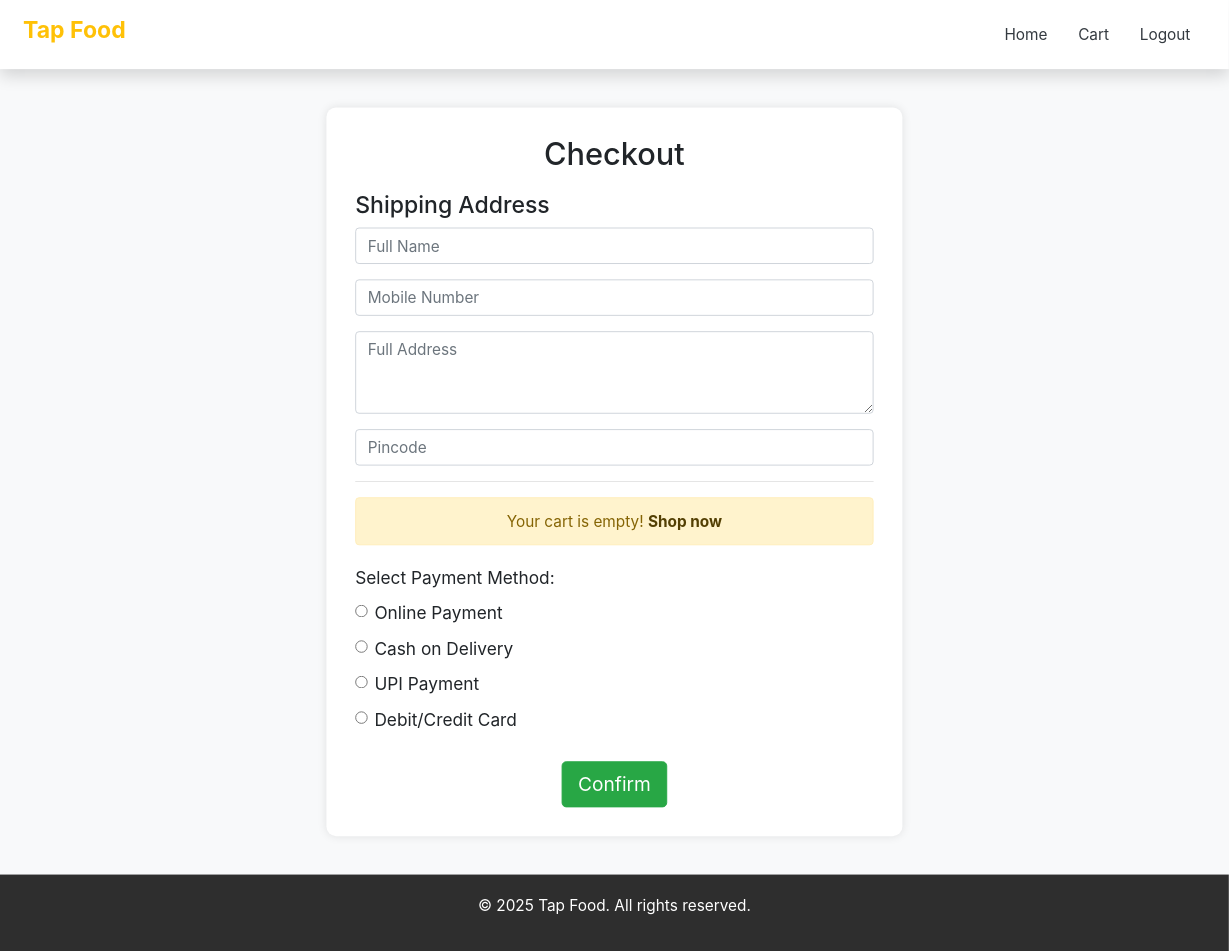
Repository: Rupeswarbhainsa777/Food-Web-App
Page: http://localhost/TapFoodApp/CheckOut.jsp
An editor plug-in stored every save of this project. The page is shown before and after the next save, followed by the edit.
The browser window is 1280 px wide. The pictures show the whole page, at 96% of full size.
The page is served by Tomcat 10.

Above is the page before, as saved 2025-04-28 12:19:42.

After the next save:
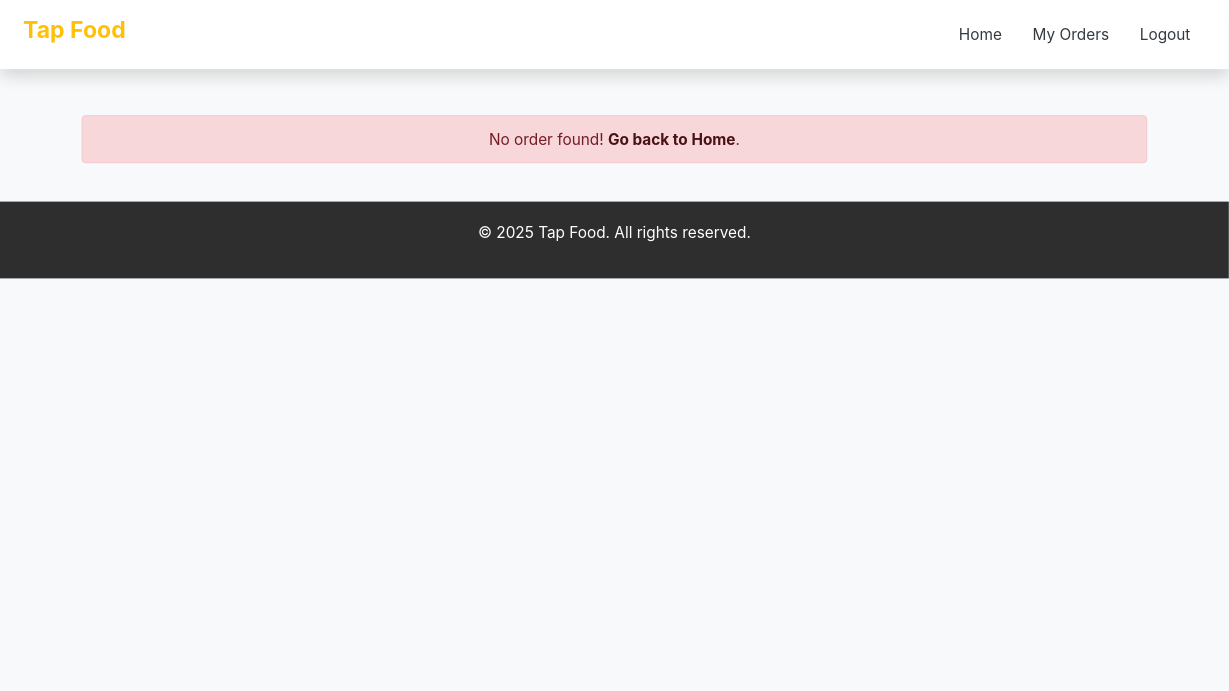
Saved 5 min 49 s later.
--- a/TapFoodApp/src/main/webapp/CheckOut.jsp
+++ b/TapFoodApp/src/main/webapp/CheckOut.jsp
@@ -1,22 +1,20 @@
 <%@ page language="java" contentType="text/html; charset=UTF-8" pageEncoding="UTF-8"%>
-<%@ page import="com.tap.modeal.Cart" %>
-<%@ page import="com.tap.modeal.CartItem" %>
-<%@ page import="java.util.*" %>
+<%@ page import="com.tap.modeal.Orders" %>
 
 <!DOCTYPE html>
 <html lang="en">
 <head>
 <meta charset="UTF-8">
-<title>Checkout - Tap Food</title>
+<title>Order Confirmation - Tap Food</title>
 <link rel="stylesheet" href="https://stackpath.bootstrapcdn.com/bootstrap/4.5.2/css/bootstrap.min.css">
 
 <style>
 body { background-color: #f8f9fa; }
-.checkout-container { max-width: 600px; margin: 40px auto; background: white; padding: 30px; border-radius: 10px; box-shadow: 0px 0px 10px rgba(0,0,0,0.1); }
-h2 { margin-bottom: 20px; }
-.payment-methods { margin-top: 20px; }
-.payment-methods label { display: block; margin-bottom: 10px; font-size: 18px; }
-.place-order-btn { margin-top: 30px; }
+.confirm-container { max-width: 600px; margin: 40px auto; background: white; padding: 40px; border-radius: 10px; box-shadow: 0px 0px 15px rgba(0,0,0,0.1); text-align: center; }
+h1 { font-size: 2.5rem; margin-bottom: 20px; color: #28a745; }
+.order-info { margin-top: 30px; }
+.order-info p { font-size: 18px; margin-bottom: 10px; }
+.btn-home { margin-top: 30px; }
 .footer { background-color: #2e2e2e; color: white; padding: 20px 0; margin-top: 40px; text-align: center; }
 </style>
 
@@ -28,63 +26,41 @@
     <nav>
         <ul class="nav">
             <li class="nav-item"><a class="nav-link text-dark" href="home.jsp">Home</a></li>
-            <li class="nav-item"><a class="nav-link text-dark" href="cart.jsp">Cart</a></li>
+            <li class="nav-item"><a class="nav-link text-dark" href="orders.jsp">My Orders</a></li>
             <li class="nav-item"><a class="nav-link text-dark" href="LogoutServlet">Logout</a></li>
         </ul>
     </nav>
 </header>
 
-<div class="checkout-container">
-    <h2 class="text-center">Checkout</h2>
+<%
+Orders order = (Orders) session.getAttribute("order");
+if (order != null) {
+%>
 
-    <form action="ChecketOutServlet" method="post">
+<div class="confirm-container">
+    <h1>Thank You!</h1>
+    <h4>Your order has been placed successfully 🎉</h4>
 
-        <!-- Address Section -->
-        <h4>Shipping Address</h4>
-        <div class="form-group"><input type="text" class="form-control" name="fullName" placeholder="Full Name" required></div>
-        <div class="form-group"><input type="text" class="form-control" name="mobileNumber" placeholder="Mobile Number" required></div>
-        <div class="form-group"><textarea class="form-control" name="fullAddress" rows="3" placeholder="Full Address" required></textarea></div>
-        <div class="form-group"><input type="text" class="form-control" name="pincode" placeholder="Pincode" required></div>
+    <div class="order-info">
+        <p><strong>Order ID:</strong> #<%= order.getOrderId() %></p>
+        <p><strong>Total Amount:</strong> ₹<%= String.format("%.2f", order.getTotalAmount()) %></p>
+        <p><strong>Payment Method:</strong> <%= order.getPaymentMode() %></p>
+        <p><strong>Status:</strong> <%= order.getStatus() %></p>
+        <p><strong>Order Date:</strong> <%= order.getOrderDate() %></p>
+    </div>
 
-        <hr>
+    <a href="home.jsp" class="btn btn-success btn-home">Continue Shopping</a>
+</div>
 
-        <!-- Total Amount -->
-        <%
-        Cart cart = (Cart) session.getAttribute("cart");
-        double totalAmount = 0.0;
-        if (cart != null && !cart.getItems().isEmpty()) {
-            for (CartItem item : cart.getItems().values()) {
-                totalAmount += item.getPrice() * item.getQuantity();
-            }
-        %>
-        <div class="form-group">
-            <label>Total Amount:</label>
-            <input type="text" class="form-control" value="₹<%= String.format("%.2f", totalAmount) %>" readonly>
-            <input type="hidden" name="totalAmount" value="<%= totalAmount %>">
-        </div>
-        <% } else { %>
-        <div class="alert alert-warning text-center">
-            Your cart is empty! <a href="home.jsp" class="alert-link">Shop now</a>
-        </div>
-        <% } %>
+<% } else { %>
 
-        <!-- Payment Methods -->
-        <div class="payment-methods">
-            <label>Select Payment Method:</label>
-            <div class="form-check"><input class="form-check-input" type="radio" name="paymentMethod" value="Online" required><label class="form-check-label">Online Payment</label></div>
-            <div class="form-check"><input class="form-check-input" type="radio" name="paymentMethod" value="Cash"><label class="form-check-label">Cash on Delivery</label></div>
-            <div class="form-check"><input class="form-check-input" type="radio" name="paymentMethod" value="UPI"><label class="form-check-label">UPI Payment</label></div>
-            <div class="form-check"><input class="form-check-input" type="radio" name="paymentMethod" value="Card"><label class="form-check-label">Debit/Credit Card</label></div>
-        </div>
+<div class="container text-center mt-5">
+    <div class="alert alert-danger">
+        No order found! <a href="home.jsp" class="alert-link">Go back to Home</a>.
+    </div>
+</div>
 
-        <!-- Place Order Button -->
-
-        <div class="text-center place-order-btn">
-            <button type="submit" class="btn btn-success btn-lg">Confirm</button>
-        </div>
-
-    </form>
-</div>
+<% } %>
 
 <footer class="footer">
     <p>&copy; 2025 Tap Food. All rights reserved.</p>

After the save that followed:
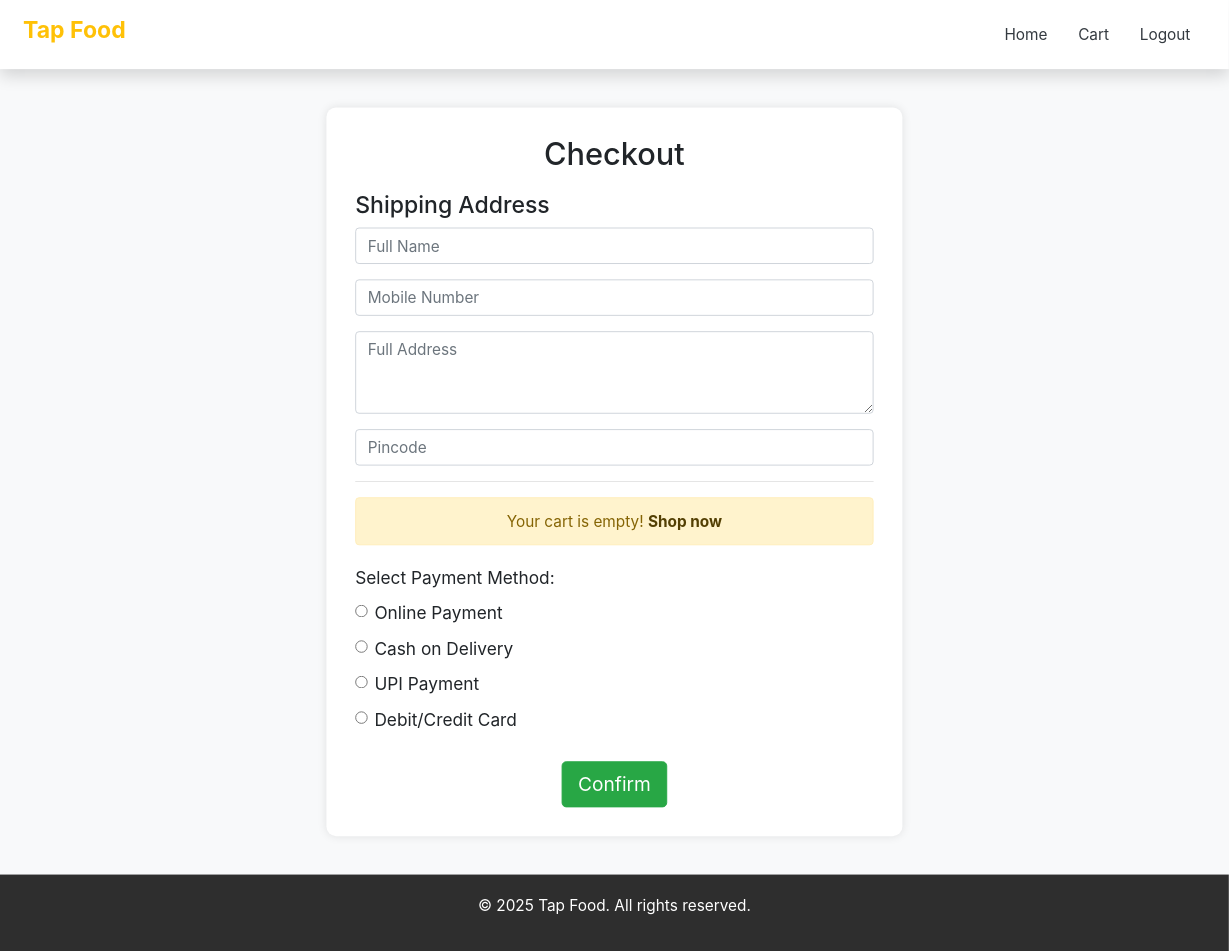
Saved 67 s later.
--- a/TapFoodApp/src/main/webapp/CheckOut.jsp
+++ b/TapFoodApp/src/main/webapp/CheckOut.jsp
@@ -1,20 +1,22 @@
 <%@ page language="java" contentType="text/html; charset=UTF-8" pageEncoding="UTF-8"%>
-<%@ page import="com.tap.modeal.Orders" %>
+<%@ page import="com.tap.modeal.Cart" %>
+<%@ page import="com.tap.modeal.CartItem" %>
+<%@ page import="java.util.*" %>
 
 <!DOCTYPE html>
 <html lang="en">
 <head>
 <meta charset="UTF-8">
-<title>Order Confirmation - Tap Food</title>
+<title>Checkout - Tap Food</title>
 <link rel="stylesheet" href="https://stackpath.bootstrapcdn.com/bootstrap/4.5.2/css/bootstrap.min.css">
 
 <style>
 body { background-color: #f8f9fa; }
-.confirm-container { max-width: 600px; margin: 40px auto; background: white; padding: 40px; border-radius: 10px; box-shadow: 0px 0px 15px rgba(0,0,0,0.1); text-align: center; }
-h1 { font-size: 2.5rem; margin-bottom: 20px; color: #28a745; }
-.order-info { margin-top: 30px; }
-.order-info p { font-size: 18px; margin-bottom: 10px; }
-.btn-home { margin-top: 30px; }
+.checkout-container { max-width: 600px; margin: 40px auto; background: white; padding: 30px; border-radius: 10px; box-shadow: 0px 0px 10px rgba(0,0,0,0.1); }
+h2 { margin-bottom: 20px; }
+.payment-methods { margin-top: 20px; }
+.payment-methods label { display: block; margin-bottom: 10px; font-size: 18px; }
+.place-order-btn { margin-top: 30px; }
 .footer { background-color: #2e2e2e; color: white; padding: 20px 0; margin-top: 40px; text-align: center; }
 </style>
 
@@ -26,41 +28,63 @@
     <nav>
         <ul class="nav">
             <li class="nav-item"><a class="nav-link text-dark" href="home.jsp">Home</a></li>
-            <li class="nav-item"><a class="nav-link text-dark" href="orders.jsp">My Orders</a></li>
+            <li class="nav-item"><a class="nav-link text-dark" href="cart.jsp">Cart</a></li>
             <li class="nav-item"><a class="nav-link text-dark" href="LogoutServlet">Logout</a></li>
         </ul>
     </nav>
 </header>
 
-<%
-Orders order = (Orders) session.getAttribute("order");
-if (order != null) {
-%>
+<div class="checkout-container">
+    <h2 class="text-center">Checkout</h2>
 
-<div class="confirm-container">
-    <h1>Thank You!</h1>
-    <h4>Your order has been placed successfully 🎉</h4>
+    <form action="ChecketOutServlet" method="post">
 
-    <div class="order-info">
-        <p><strong>Order ID:</strong> #<%= order.getOrderId() %></p>
-        <p><strong>Total Amount:</strong> ₹<%= String.format("%.2f", order.getTotalAmount()) %></p>
-        <p><strong>Payment Method:</strong> <%= order.getPaymentMode() %></p>
-        <p><strong>Status:</strong> <%= order.getStatus() %></p>
-        <p><strong>Order Date:</strong> <%= order.getOrderDate() %></p>
-    </div>
+        <!-- Address Section -->
+        <h4>Shipping Address</h4>
+        <div class="form-group"><input type="text" class="form-control" name="fullName" placeholder="Full Name" required></div>
+        <div class="form-group"><input type="text" class="form-control" name="mobileNumber" placeholder="Mobile Number" required></div>
+        <div class="form-group"><textarea class="form-control" name="fullAddress" rows="3" placeholder="Full Address" required></textarea></div>
+        <div class="form-group"><input type="text" class="form-control" name="pincode" placeholder="Pincode" required></div>
 
-    <a href="home.jsp" class="btn btn-success btn-home">Continue Shopping</a>
+        <hr>
+
+        <!-- Total Amount -->
+        <%
+        Cart cart = (Cart) session.getAttribute("cart");
+        double totalAmount = 0.0;
+        if (cart != null && !cart.getItems().isEmpty()) {
+            for (CartItem item : cart.getItems().values()) {
+                totalAmount += item.getPrice() * item.getQuantity();
+            }
+        %>
+        <div class="form-group">
+            <label>Total Amount:</label>
+            <input type="text" class="form-control" value="₹<%= String.format("%.2f", totalAmount) %>" readonly>
+            <input type="hidden" name="totalAmount" value="<%= totalAmount %>">
+        </div>
+        <% } else { %>
+        <div class="alert alert-warning text-center">
+            Your cart is empty! <a href="home.jsp" class="alert-link">Shop now</a>
+        </div>
+        <% } %>
+
+        <!-- Payment Methods -->
+        <div class="payment-methods">
+            <label>Select Payment Method:</label>
+            <div class="form-check"><input class="form-check-input" type="radio" name="paymentMethod" value="Online" required><label class="form-check-label">Online Payment</label></div>
+            <div class="form-check"><input class="form-check-input" type="radio" name="paymentMethod" value="Cash"><label class="form-check-label">Cash on Delivery</label></div>
+            <div class="form-check"><input class="form-check-input" type="radio" name="paymentMethod" value="UPI"><label class="form-check-label">UPI Payment</label></div>
+            <div class="form-check"><input class="form-check-input" type="radio" name="paymentMethod" value="Card"><label class="form-check-label">Debit/Credit Card</label></div>
+        </div>
+
+        <!-- Place Order Button -->
+
+        <div class="text-center place-order-btn">
+            <button type="submit" class="btn btn-success btn-lg">Confirm</button>
+        </div>
+
+    </form>
 </div>
-
-<% } else { %>
-
-<div class="container text-center mt-5">
-    <div class="alert alert-danger">
-        No order found! <a href="home.jsp" class="alert-link">Go back to Home</a>.
-    </div>
-</div>
-
-<% } %>
 
 <footer class="footer">
     <p>&copy; 2025 Tap Food. All rights reserved.</p>
